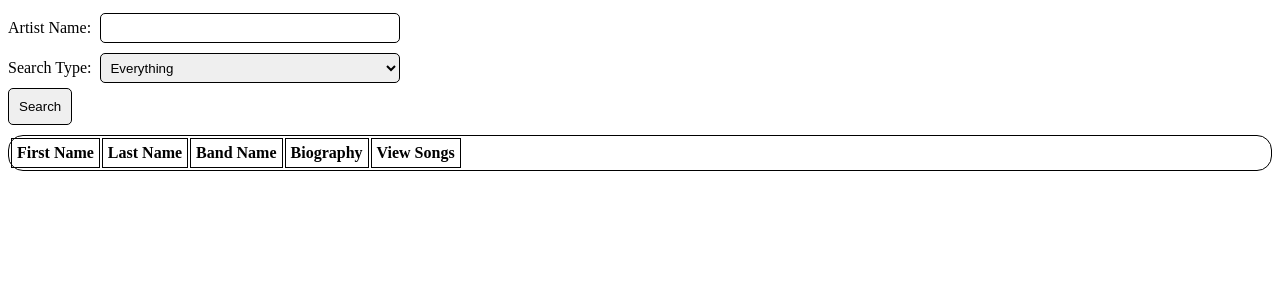
Repository: jasonfic/jmf194_INFSCI1017
Page: jmf194_FinalProject/WebContent/artist.html
An editor plug-in stored every save of this project. The page is shown before and after the next save, followed by the edit.
The browser window is 1280 px wide. The pictures show the whole page.

Above is the page before, as saved 2019-04-13 21:27:15.

After the next save:
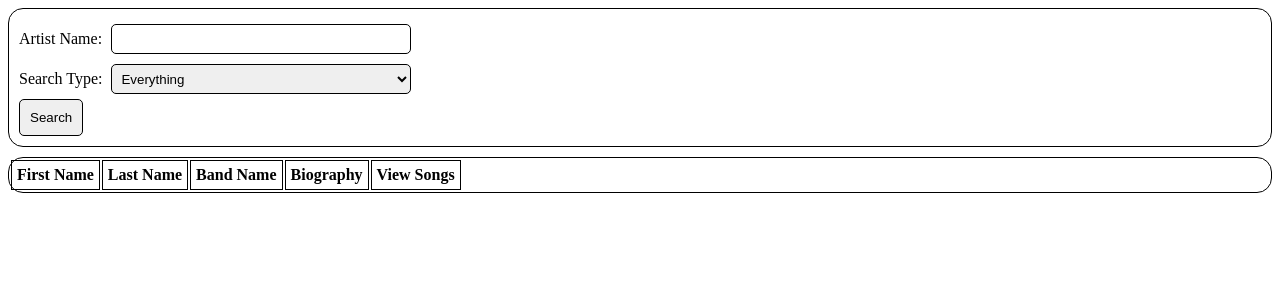
Saved 1 s later.
--- a/jmf194_FinalProject/WebContent/artist.html
+++ b/jmf194_FinalProject/WebContent/artist.html
@@ -7,7 +7,7 @@
 
 </head>
 <body>
-<div id="artistSearch">
+<div id="artistSearch" class = "table">
 	<div>
 		Artist Name: <input type="text" id="artistName" name="artistName" value="" class="textField" />
 	</div>
